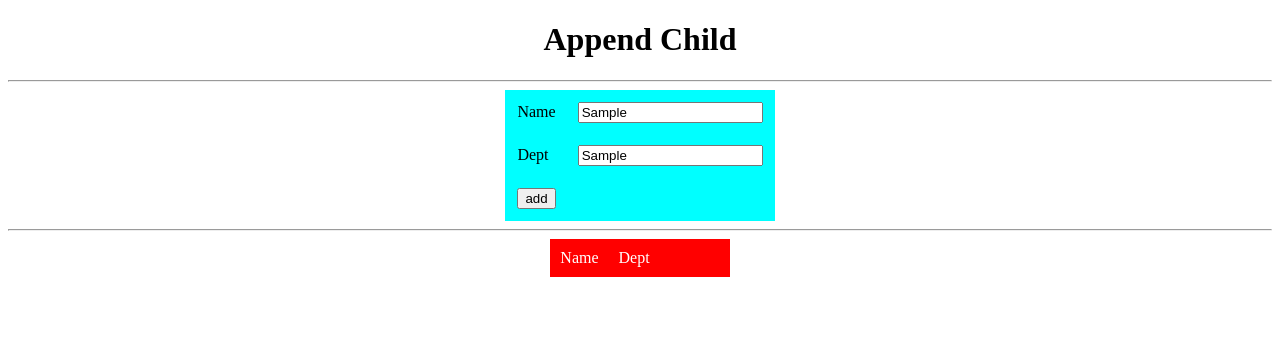
Repository: abhishekj720/HSBCLearn
Page: gagan/JEE/JSDemo/WebContent/AppendChild.html
An editor plug-in stored every save of this project. The page is shown before and after the next save, followed by the edit.
The browser window is 1280 px wide. The pictures show the whole page.
Empty fields were first filled with sample values (such as "Sample", 5 or name@example.com).
After loading, the first visible `input[onclick="addRow()"]` was clicked once.

Above is the page before, as saved 2019-07-30 10:11:53.
Console error: TypeError: Cannot read properties of null (reading 'appendChild')

After the next save:
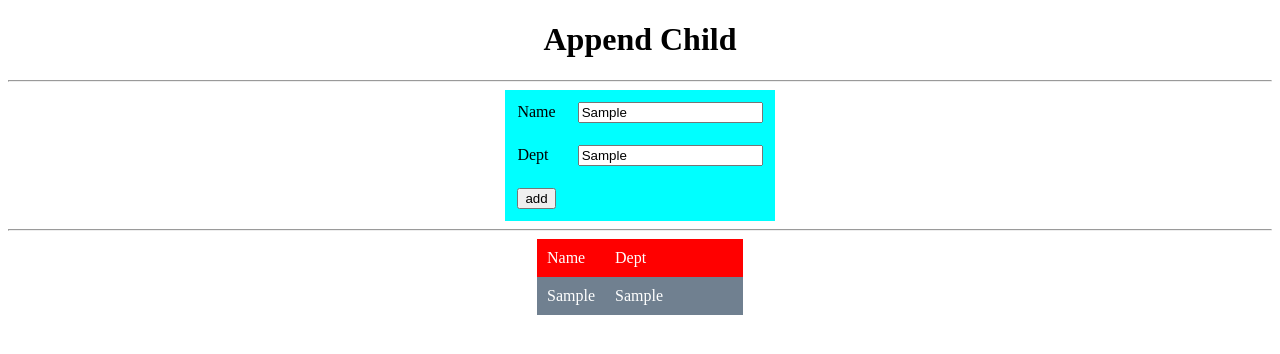
The error is gone.
Saved 47 s later.
--- a/gagan/JEE/JSDemo/WebContent/AppendChild.html
+++ b/gagan/JEE/JSDemo/WebContent/AppendChild.html
@@ -10,7 +10,7 @@
 	  var elem = document.createElement("tr");
 	  var data = "<td>" + name + "</td><td>" + dept + "</td>";
 	  elem.innerHTML = data;
-	  document.getElementById("tb1").appendChild(elem);
+	  document.getElementById("tbl1").appendChild(elem);
 
   }
 
